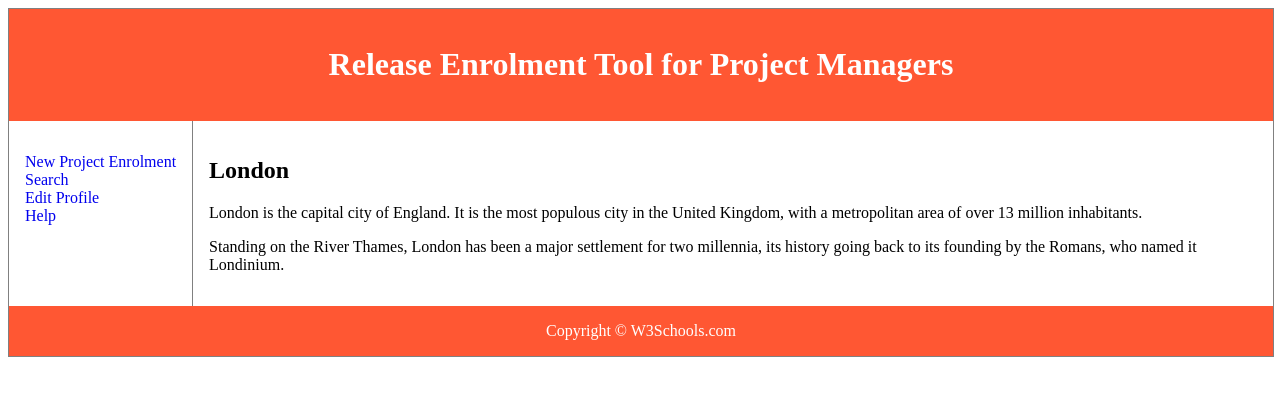
Repository: guribrar/enrolmentapp
Page: http://localhost/enrolmentapp/testlogin.jsp
These files come from the project's save history. The page is drawn as it stood at one moment and after the next save; the edit follows.
The browser window is 1280 px wide. The pictures show the whole page.
The page is served by Tomcat 9. Other server files are loaded and not shown.

Above is the page before, as saved 2016-12-31 15:00:00.

### enrolmentapp/WebContent/testlogin.jsp
<%@ page language="java" contentType="text/html; charset=ISO-8859-1"
    pageEncoding="ISO-8859-1"%>

<%@ taglib uri="http://java.sun.com/jsp/jstl/sql" prefix="sql" %>
<%@ taglib uri="http://java.sun.com/jsp/jstl/core" prefix="c" %>

<!DOCTYPE html>
<html>
<head>
<style>
div.container {
    width: 100%;
    border: 1px solid gray;
}

header, footer {
    padding: 1em;
    color: white;
    background-color: #FF5733;
    clear: left;
    text-align: center;
}

nav {
    float: left;
    max-width: 160px;
    margin: 0;
    padding: 1em;
}

nav ul {
    list-style-type: none;
    padding: 0;
}

nav ul a {
    text-decoration: none;
}

article {
    margin-left: 170px;
    border-left: 1px solid gray;
    padding: 1em;
    overflow: hidden;
}
</style>
</head>
<body>

<div class="container">

<header>
   <h1>Release Enrolment Tool for Project Managers</h1>
</header>

<nav>
  <ul>
    <li><a href="#">New Project Enrolment</a></li>
    <li><a href="#">Search</a></li>
    <li><a href="#">Edit Profile</a></li>
    <li><a href="#">Help</a></li>
  </ul>
</nav>

<article>
  <h1>London</h1>
  <p>London is the capital city of England. It is the most populous city in the  United Kingdom, with a metropolitan area of over 13 million inhabitants.</p>
  <p>Standing on the River Thames, London has been a major settlement for two millennia, its history going back to its founding by the Romans, who named it Londinium.</p>
</article>

<footer>Copyright &copy; W3Schools.com</footer>

</div>

</body>
</html>

After the next save:
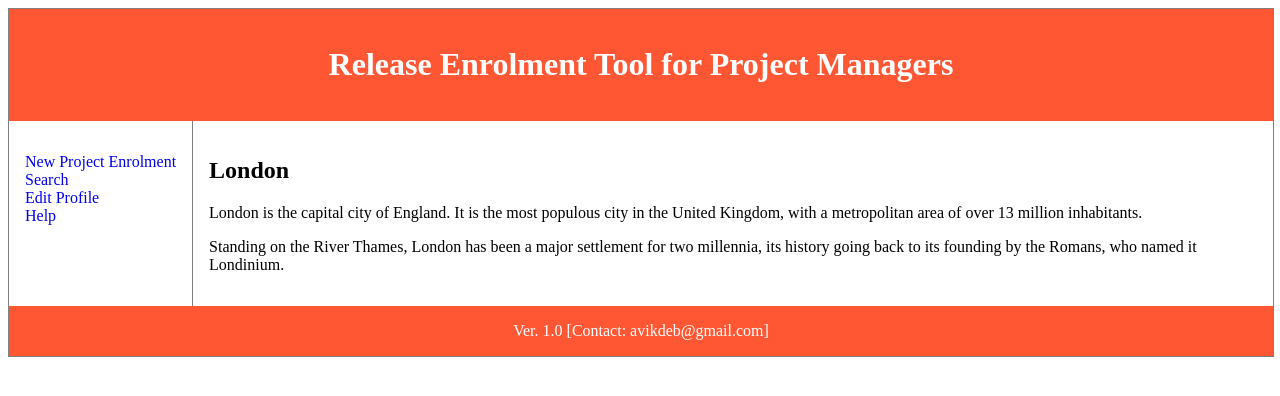
Saved 39 s later.
--- a/enrolmentapp/WebContent/testlogin.jsp
+++ b/enrolmentapp/WebContent/testlogin.jsp
@@ -68,7 +68,7 @@ article {
   <p>Standing on the River Thames, London has been a major settlement for two millennia, its history going back to its founding by the Romans, who named it Londinium.</p>
 </article>
 
-<footer>Copyright &copy; W3Schools.com</footer>
+<footer>Ver. 1.0 [Contact: avikdeb@gmail.com]</footer>
 
 </div>
 
